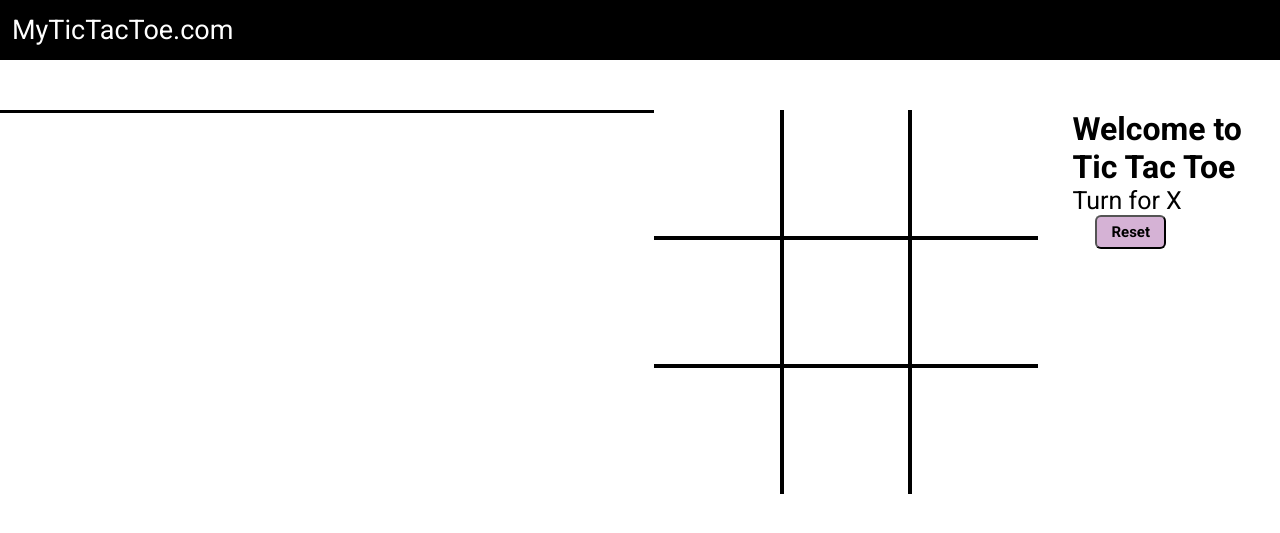
Repository: AshwinUgale/TicTacToe
Page: index.html
These files come from the project's save history. The page is drawn as it stood at one moment and after the next save; the edit follows.
The browser window is 1280 px wide. The pictures show the whole page.

Above is the page before, as saved 2024-12-19 13:14:27.

After the next save:
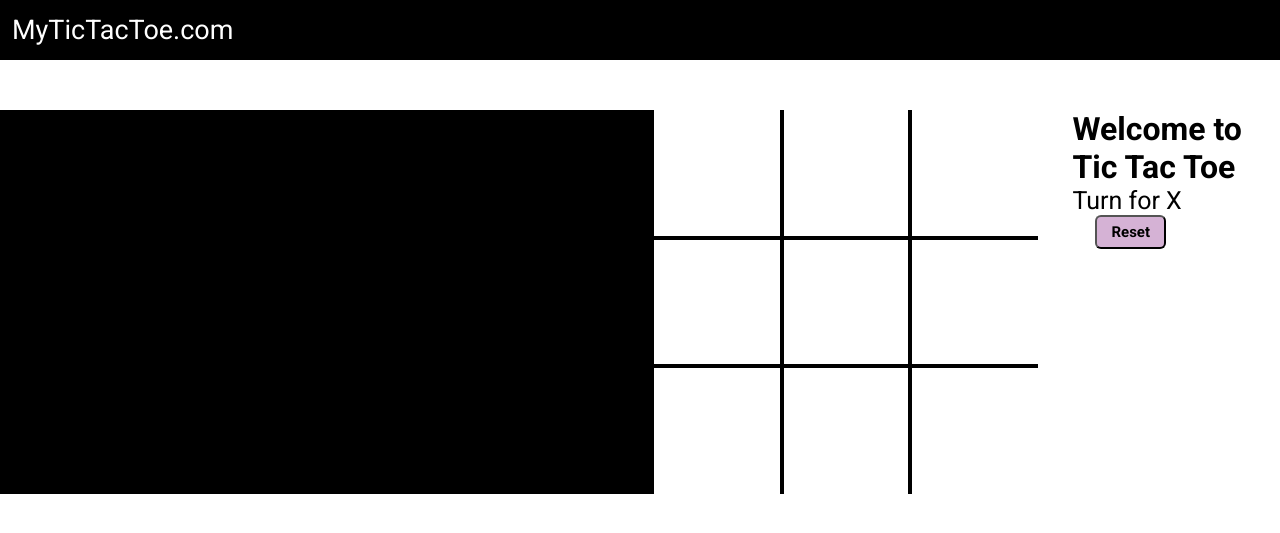
Saved 26 s later.
--- a/style.css
+++ b/style.css
@@ -86,7 +86,7 @@ nav ul{
 .line{
     background-color: black;
     width: 100%;
-    height: 3px;
+    height: 30vw;
 }
 .info{
     font-size: 25px;
